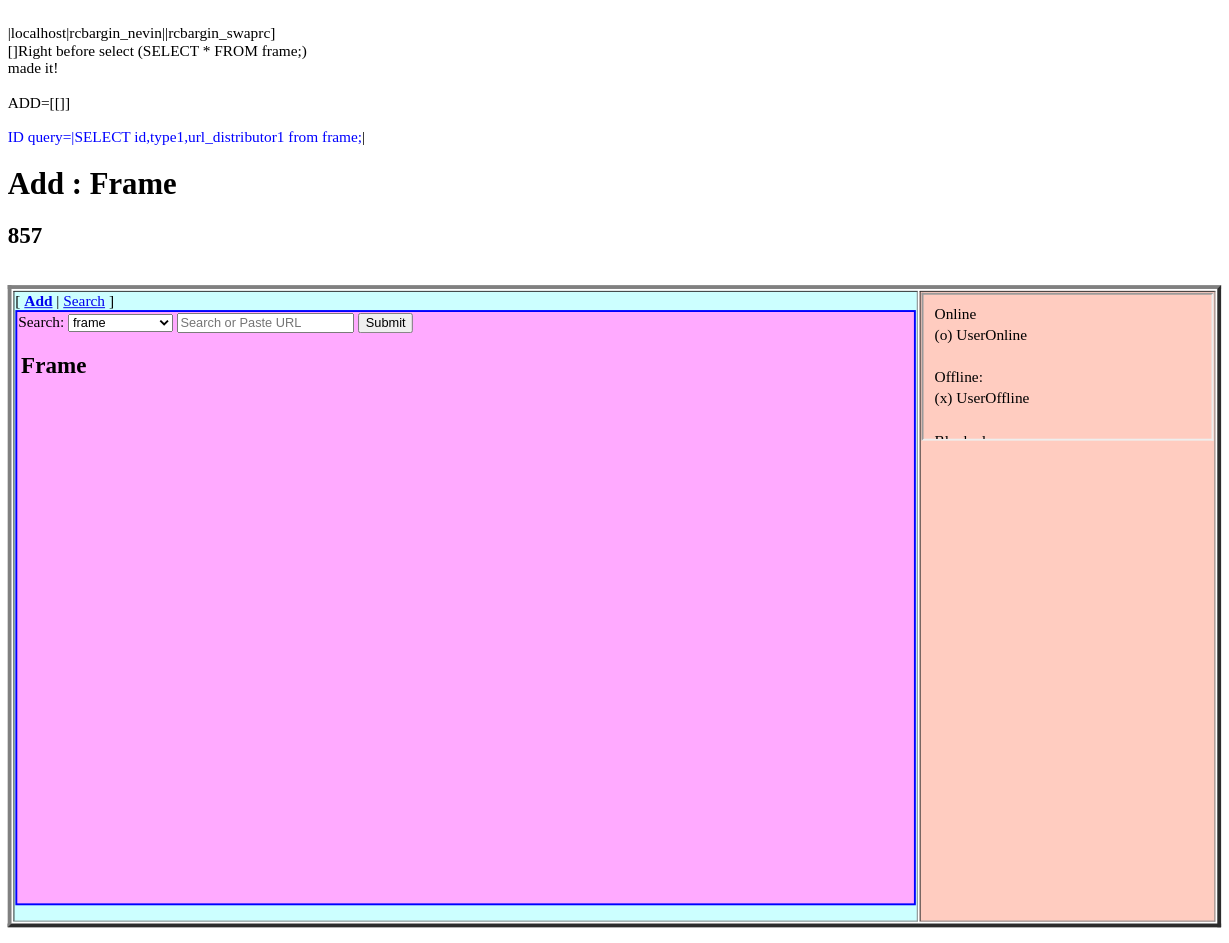
Repository: nevinleiby/SwapRC
Page: http://localhost/add_interface_old.php
These files come from the project's save history. The page is drawn as it stood at one moment and after the next save; the edit follows.
The browser window is 1280 px wide. The pictures show the whole page, at 96% of full size.
The page is run by PHP 8.4 with error messages shown; the project is at /var/www/html/. Queries for data that is not in the repository find no rows.

Above is the page before, as saved 2019-09-10 21:55:59.
Console error (its wording comes from the project's code and is left out).

After the next save:
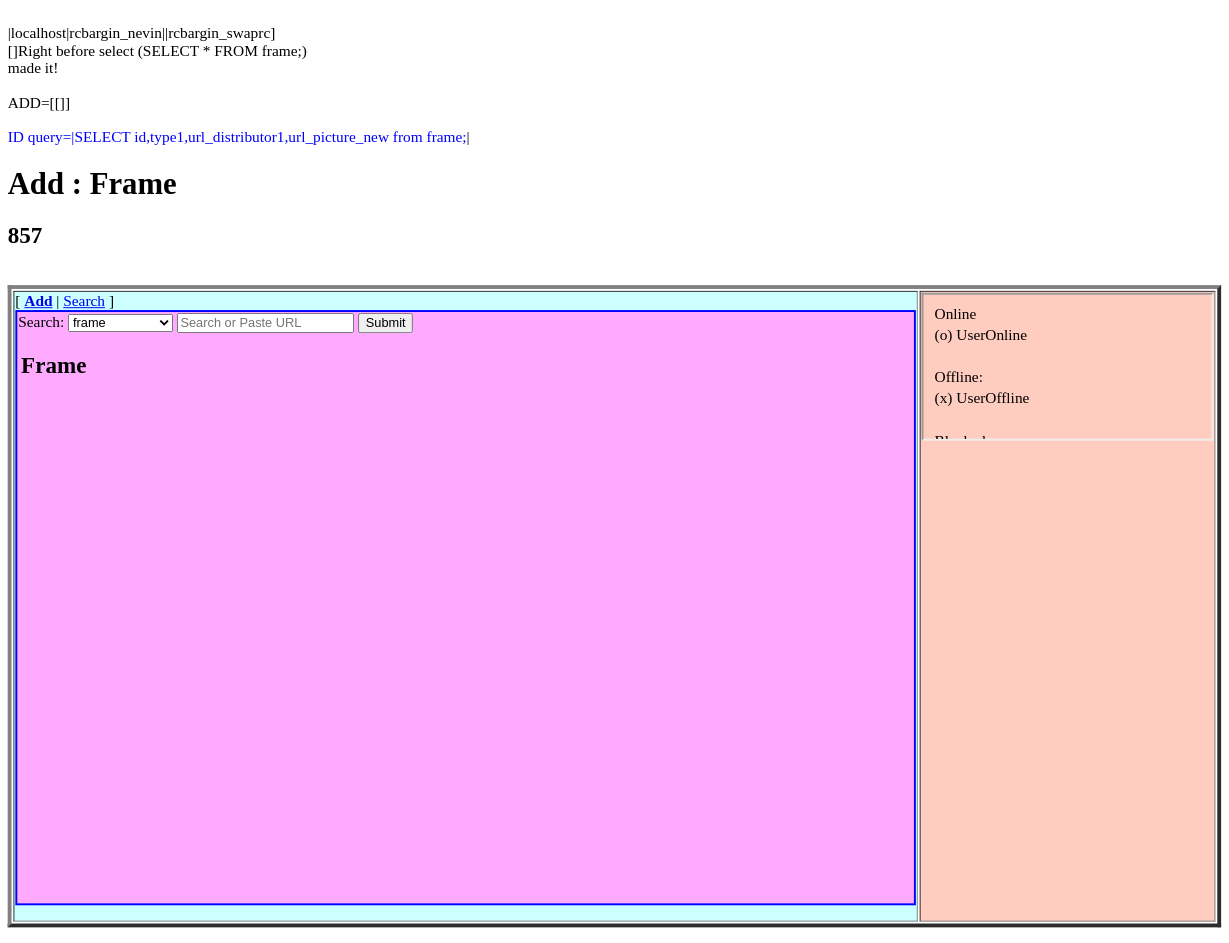
Saved 48 s later.
--- a/add_interface_old.php
+++ b/add_interface_old.php
@@ -288,7 +288,7 @@
         echo "SQL ADD RESULT($add_result)<br>";
     }
 
-    $id_query = "SELECT id,type1,url_distributor1 from $table_name;";
+    $id_query = "SELECT id,type1,url_distributor1,url_picture_new from $table_name;";
     echo '<br><font color=blue>ID query=|' . $id_query . '</font>|<br>';
     $display_result = $connection->query($id_query);
     if ( ! $display_result) die ("Fatal Error");
